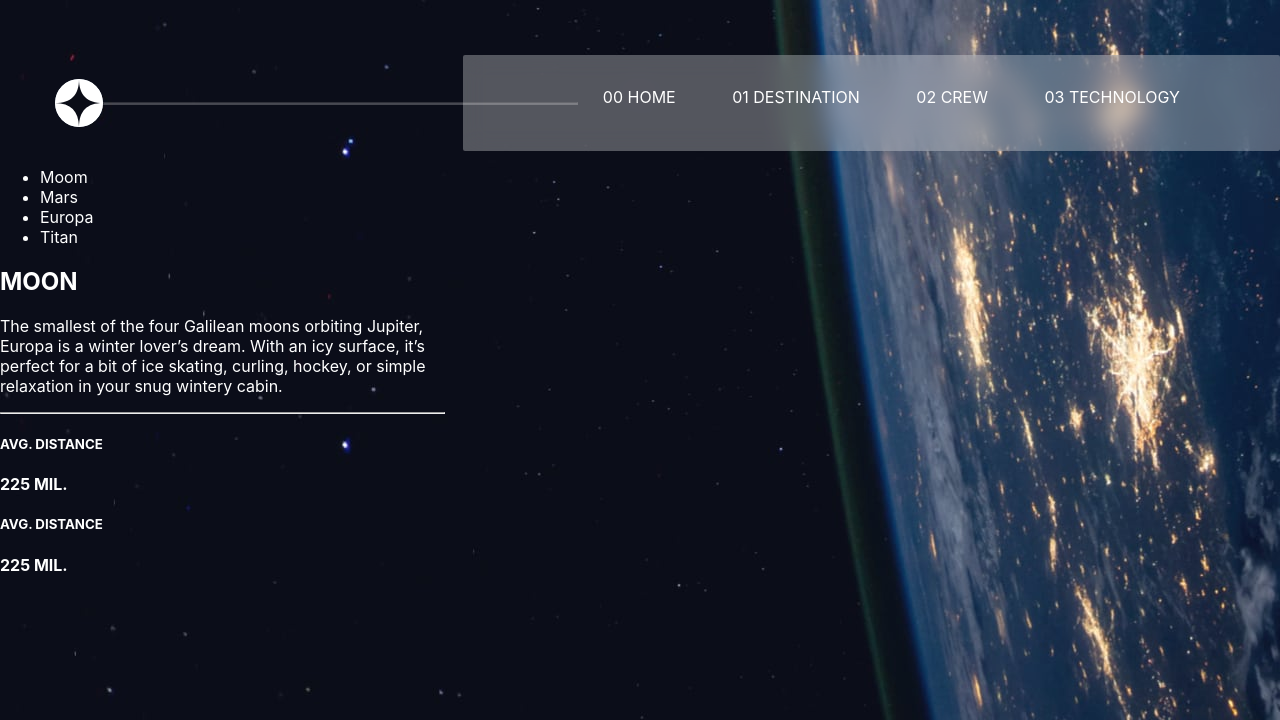
Repository: jhonenmanuel1/FrontEndMentor-MultiPageSpace
Page: /
An editor plug-in stored every save of this project. The page is shown before and after the next save, followed by the edit.
The browser window is 1280 px wide. The pictures show the whole page.
The project was rebuilt for these pictures with package versions that can differ from the ones it lists, and the page was loaded fresh each time. Also part of the build but not shown: src/views/home.js.

Above is the page before, as saved 2022-06-23 22:39:29.

After the next save:
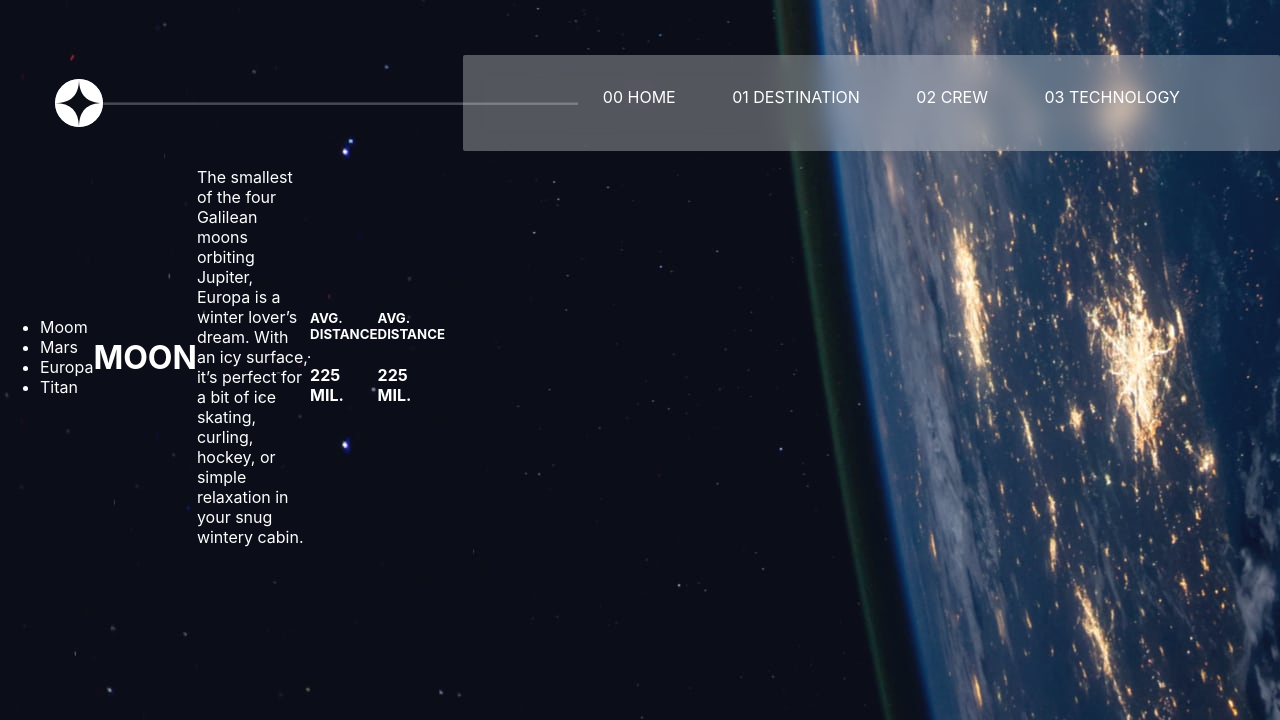
Saved 65 s later.
--- a/src/atoms/PlanetCardInfo.js
+++ b/src/atoms/PlanetCardInfo.js
@@ -1,8 +1,8 @@
 import styles from  '../styles/planetcardinfo.module.css'
 export default function PlanetCardInfo() {
   return (
-    <section  className={styles.planetCardInfoContainer}>
-      <div >
+    <>
+      <div className={styles.planetCardInfoContainer}>
         <div className="planetCardHeader">
           <ul>
             <li>Moom</li>
@@ -36,6 +36,6 @@
           <h4>225 MIL.</h4>
         </div>
       </div>
-    </section>
+    </>
   );
 }

After the save that followed:
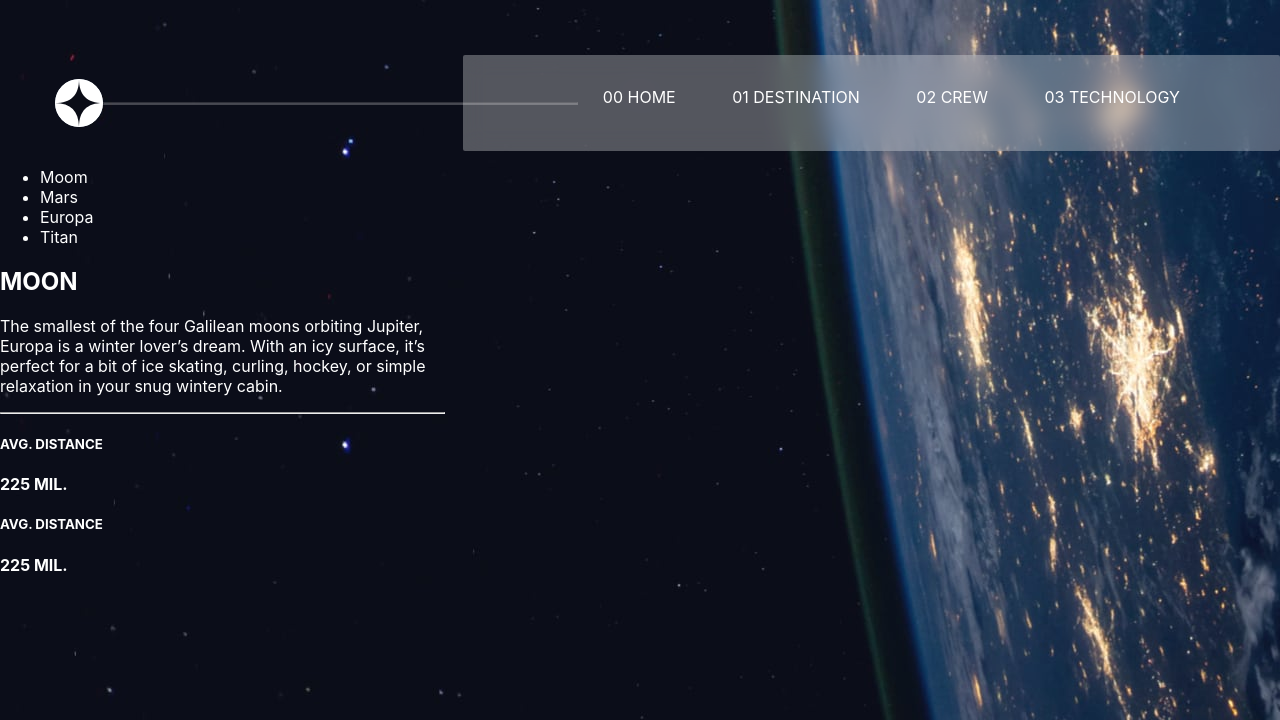
Saved 29 s later.
--- a/src/atoms/PlanetCardInfo.js
+++ b/src/atoms/PlanetCardInfo.js
@@ -1,8 +1,8 @@
 import styles from  '../styles/planetcardinfo.module.css'
 export default function PlanetCardInfo() {
   return (
-    <>
-      <div className={styles.planetCardInfoContainer}>
+    <section section className={styles.planetCardInfoContainer}>
+      <div >
         <div className="planetCardHeader">
           <ul>
             <li>Moom</li>
@@ -36,6 +36,6 @@
           <h4>225 MIL.</h4>
         </div>
       </div>
-    </>
+    </section>
   );
 }
